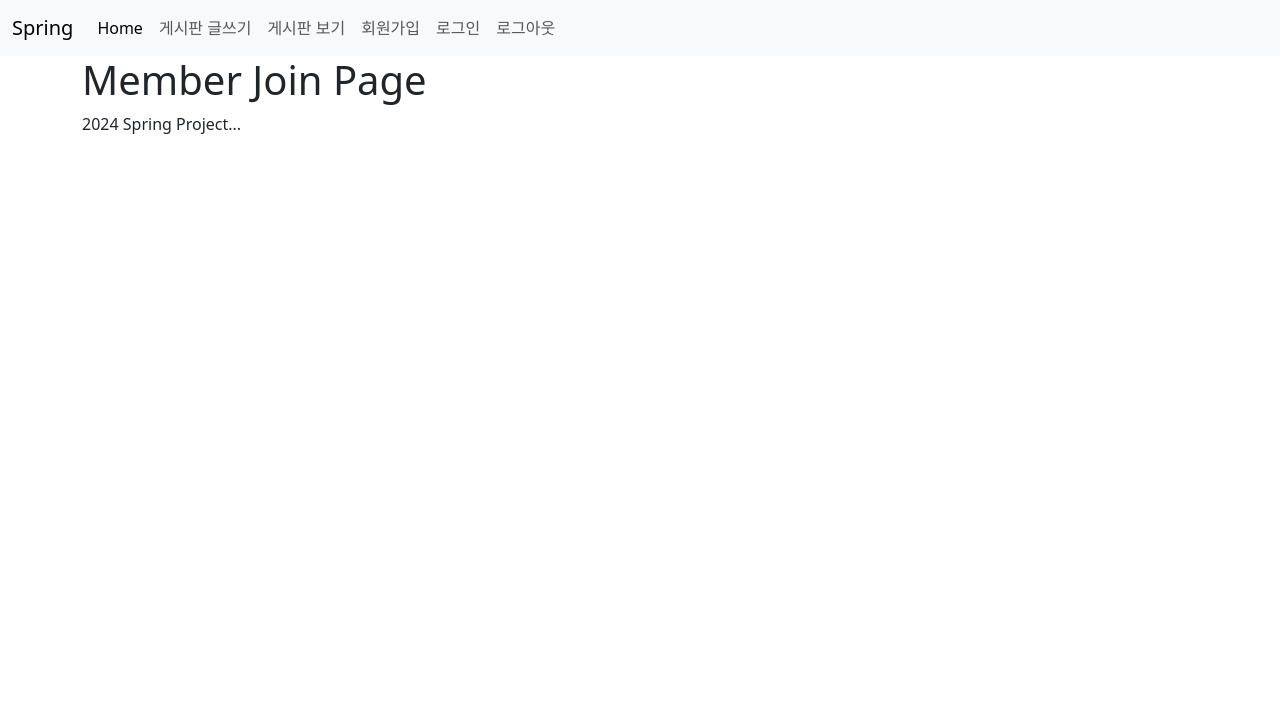
Repository: lhj6399/springTest240430
Page: http://localhost/spring_study/WEB-INF/views/member/register.jsp
These files come from the project's save history. The page is drawn as it stood at one moment and after the next save; the edit follows.
The browser window is 1280 px wide. The pictures show the whole page.
The page is served by Tomcat 9. Nobody is signed in. The template is opened directly, without the code that normally fills it, so the values that code supplies are empty.

Above is the page before, as saved 2024-04-25 05:49:29.

### spring_study/src/main/webapp/WEB-INF/views/member/register.jsp
<%@ page language="java" contentType="text/html; charset=UTF-8"
    pageEncoding="UTF-8"%>

<jsp:include page="../layout/header.jsp" />
<div class="container-md">
<h1>Member Join Page</h1>
</div>

<jsp:include page="../layout/footer.jsp" />

### spring_study/src/main/webapp/WEB-INF/views/layout/header.jsp
<%@ page language="java" contentType="text/html; charset=UTF-8"
    pageEncoding="UTF-8"%>
<!DOCTYPE html>
<html>
<head>
<meta charset="UTF-8">
<title>header.jsp</title>
<link href="https://cdn.jsdelivr.net/npm/bootstrap@5.3.3/dist/css/bootstrap.min.css" rel="stylesheet" integrity="sha384-QWTKZyjpPEjISv5WaRU9OFeRpok6YctnYmDr5pNlyT2bRjXh0JMhjY6hW+ALEwIH" crossorigin="anonymous">
<script src="https://cdn.jsdelivr.net/npm/bootstrap@5.3.3/dist/js/bootstrap.bundle.min.js" integrity="sha384-YvpcrYf0tY3lHB60NNkmXc5s9fDVZLESaAA55NDzOxhy9GkcIdslK1eN7N6jIeHz" crossorigin="anonymous"></script>
</head>
<body>
<nav class="navbar navbar-expand-lg bg-body-tertiary">
  <div class="container-fluid">
    <a class="navbar-brand" href="#">Spring</a>
    <button class="navbar-toggler" type="button" data-bs-toggle="collapse" data-bs-target="#navbarSupportedContent" aria-controls="navbarSupportedContent" aria-expanded="false" aria-label="Toggle navigation">
      <span class="navbar-toggler-icon"></span>
    </button>
    <div class="collapse navbar-collapse" id="navbarSupportedContent">
      <ul class="navbar-nav me-auto mb-2 mb-lg-0">
        <li class="nav-item">
          <a class="nav-link active" aria-current="page" href="/">Home</a>
        </li>
        <li class="nav-item">
          <a class="nav-link" href="/board/register">게시판 글쓰기</a>
        </li>
        <li class="nav-item">
          <a class="nav-link" href="/board/list">게시판 보기</a>
        </li>
        <li class="nav-item">
          <a class="nav-link" href="#">회원가입</a>
        </li>
        <li class="nav-item">
          <a class="nav-link" href="#">로그인</a>
        </li>
        <li class="nav-item">
          <a class="nav-link" href="#">로그아웃</a>
        </li>
       </ul>
    </div>
  </div>
</nav>

### spring_study/src/main/webapp/WEB-INF/views/layout/footer.jsp
<%@ page language="java" contentType="text/html; charset=UTF-8"
    pageEncoding="UTF-8"%>

<div class="container-md">
 	2024 Spring Project...
</div>

</body>
</html>

After the next save:
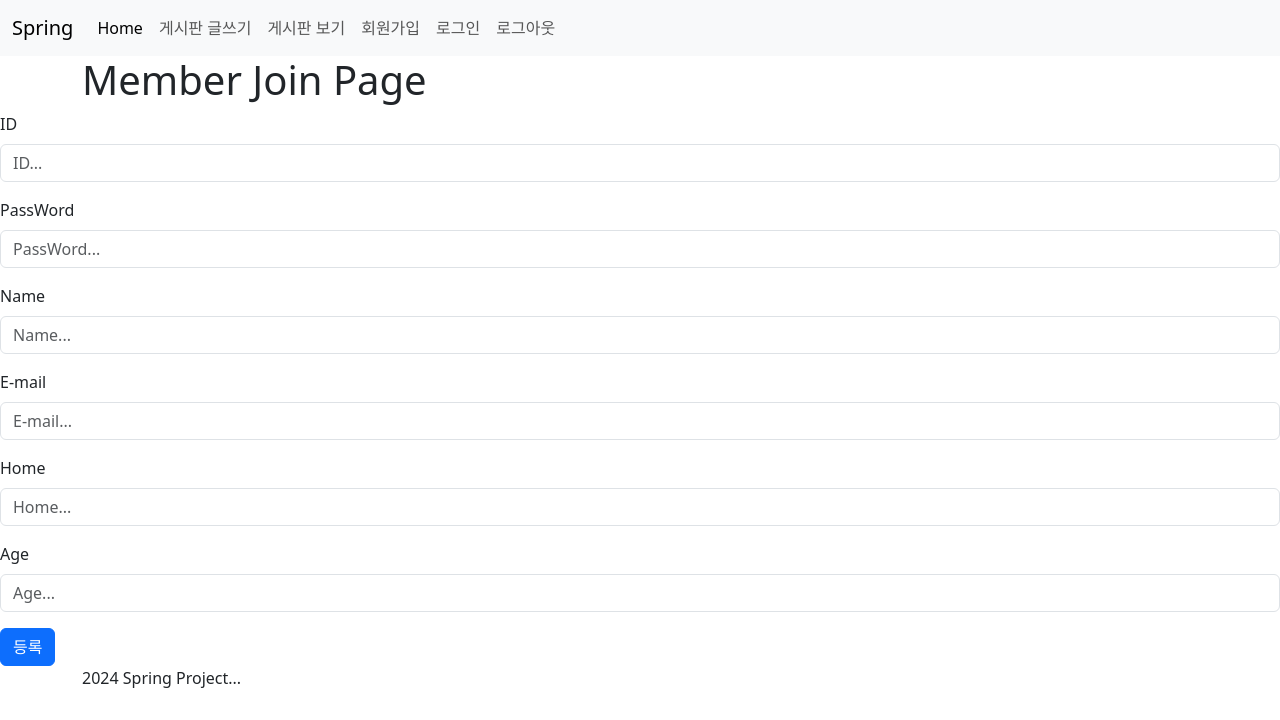
Saved 4 min 0 s later.
--- a/spring_study/src/main/webapp/WEB-INF/views/member/register.jsp
+++ b/spring_study/src/main/webapp/WEB-INF/views/member/register.jsp
@@ -5,5 +5,31 @@
 <div class="container-md">
 <h1>Member Join Page</h1>
 </div>
-
+	<form action="" method="post">
+		<div class="mb-3">
+		  <label for="i" class="form-label">ID</label>
+		  <input type="text" class="form-control" name="id" id="i" placeholder="ID...">
+		</div>
+			<div class="mb-3">
+		  <label for="p" class="form-label">PassWord</label>
+		  <input type="text" class="form-control" name="pw" id="p" placeholder="PassWord...">
+		</div>
+			<div class="mb-3">
+		  <label for="n" class="form-label">Name</label>
+		  <input type="text" class="form-control" name="name" id="n" placeholder="Name...">
+		</div>
+			<div class="mb-3">
+		  <label for="e" class="form-label">E-mail</label>
+		  <input type="text" class="form-control" name="email" id="e" placeholder="E-mail...">
+		</div>
+			<div class="mb-3">
+		  <label for="h" class="form-label">Home</label>
+		  <input type="text" class="form-control" name="home" id="h" placeholder="Home...">
+		</div>
+			<div class="mb-3">
+		  <label for="a" class="form-label">Age</label>
+		  <input type="text" class="form-control" name="age" id="a" placeholder="Age...">
+		</div>
+		<button type="submit" class="btn btn-primary">등록</button>
+	</form>
 <jsp:include page="../layout/footer.jsp" />
